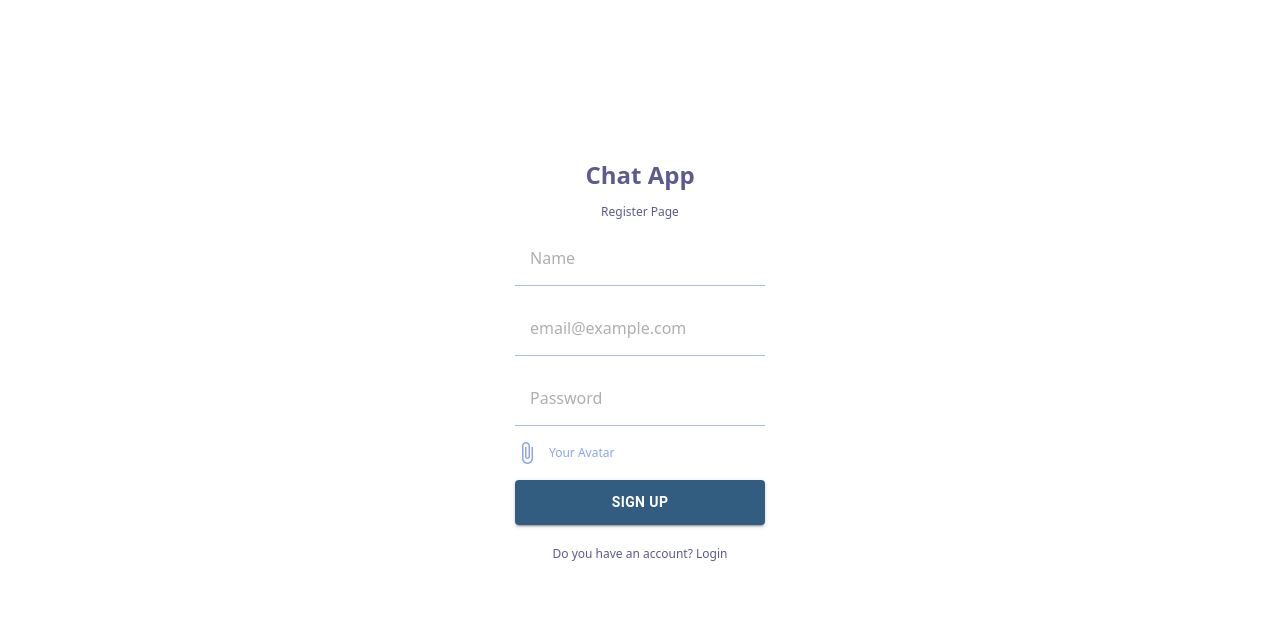
Repository: Nurlan-Bakenbaev/chat-app
Page: /register
The author's editor kept a copy of each file at every save. The page is drawn from the files as they stood at one save, then again after a run of saves.
The browser window is 1280 px wide. The pictures show the whole page.
The project was rebuilt for these pictures with package versions that can differ from the ones it lists, and the page was loaded fresh each time. Also part of the build but not shown: vite.config.js, src/components/Search.jsx, src/components/Chats.jsx, src/components/Navbar.jsx, src/components/SideBar.jsx, src/components/Message.jsx, src/components/Messages.jsx, src/components/Input.jsx and 2 more. Imported but missing from the stored project, and not drawn on this page: src/pages/Login.

Above is the page before, as saved 2023-08-23 19:49:05.

After the next 4 saves:
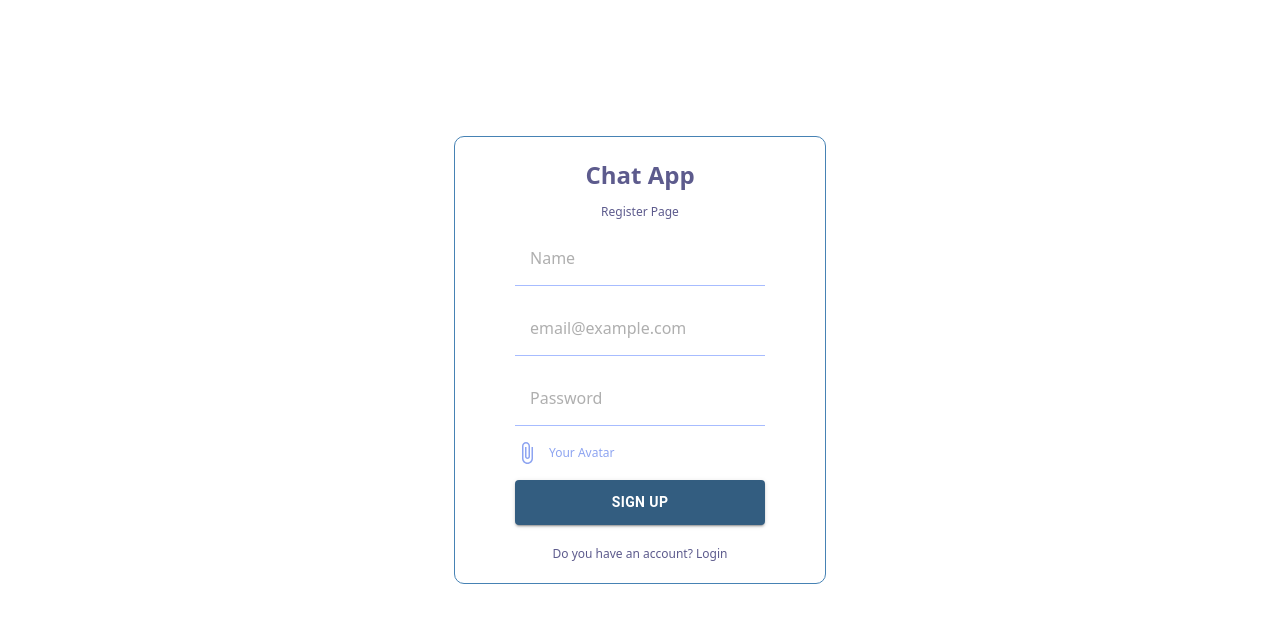
The 4 saves are shown as one change because they came seconds apart.
The last was saved 19 s later.
--- a/src/style.scss
+++ b/src/style.scss
@@ -29,6 +29,7 @@
     flex-direction: column;
     gap: 10px;
     align-items: center;
+    border: 1px  solid steelblue;
 
     .logo {
       color: #5d5b8d;
